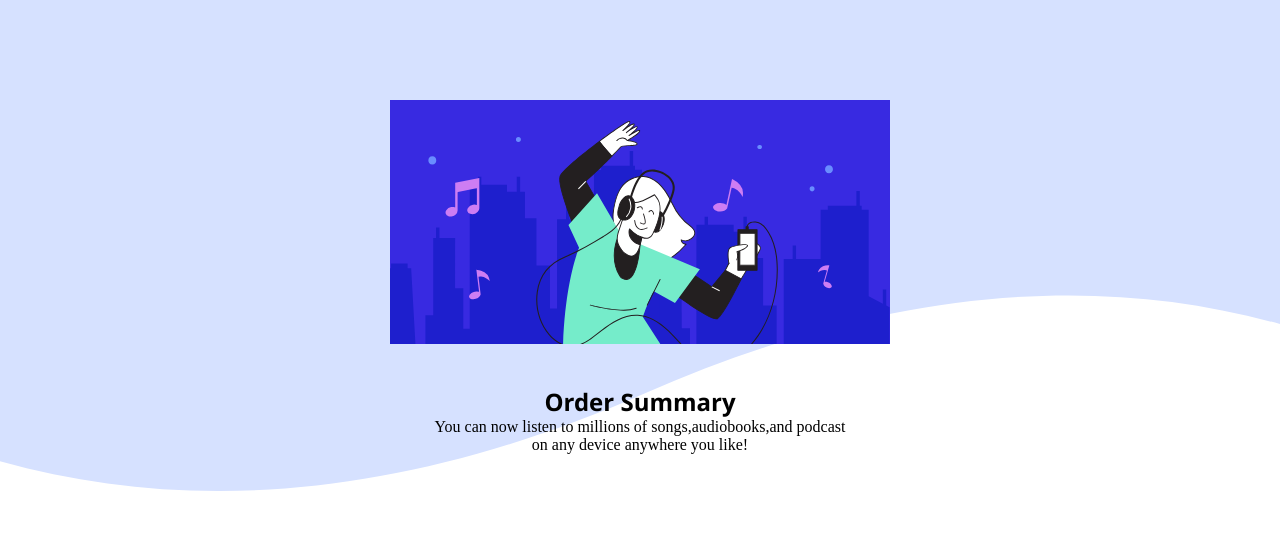
Repository: Eugene44-hub/newbie-project
Page: index.html
An editor plug-in stored every save of this project. The page is shown before and after the next save, followed by the edit.
The browser window is 1280 px wide. The pictures show the whole page.

Above is the page before, as saved 2021-08-29 02:30:43.

### index.html
<!DOCTYPE html>
<html lang="en">

<head>
    <link rel="stylesheet" href="style.css">
    <meta charset="UTF-8">
    <meta http-equiv="X-UA-Compatible" content="IE=edge">
    <meta name="viewport" content="width=device-width, initial-scale=1.0">
    <title>Document</title>
</head>

<body>
    <div class="container">

        <div class="card-container">
            <div class="card">
                <div class="content">
                    <img src="illustration-hero.svg" alt="">
                    <div class="text">
                        <h2>Order Summary</h2>
                        <p>You can now listen to millions of songs,audiobooks,and podcast on any device anywhere you like!</p>
                    </div>
                </div>

            </div>
        </div>

    </div>
</body>

</html>

### style.css
* {
    padding: 0;
    margin: 0;
}

.container {
    background-image: url('pattern-background-desktop.svg');
    background-repeat: no-repeat;
    background-position: center;
    background-size: cover;
}

.card-container {
    display: flex;
    justify-content: center;
    align-content: center;
    padding-top: 100px;
}

img {
    width: 100%;
}

.card {
    flex: 50%;
    max-width: 500px;
}

.content {
    text-align: center;
}

h2 {
    font-family: 'Segoe UI', Tahoma, Geneva, Verdana, sans-serif;
}

.text {
    padding: 37px;
}

After the next save:
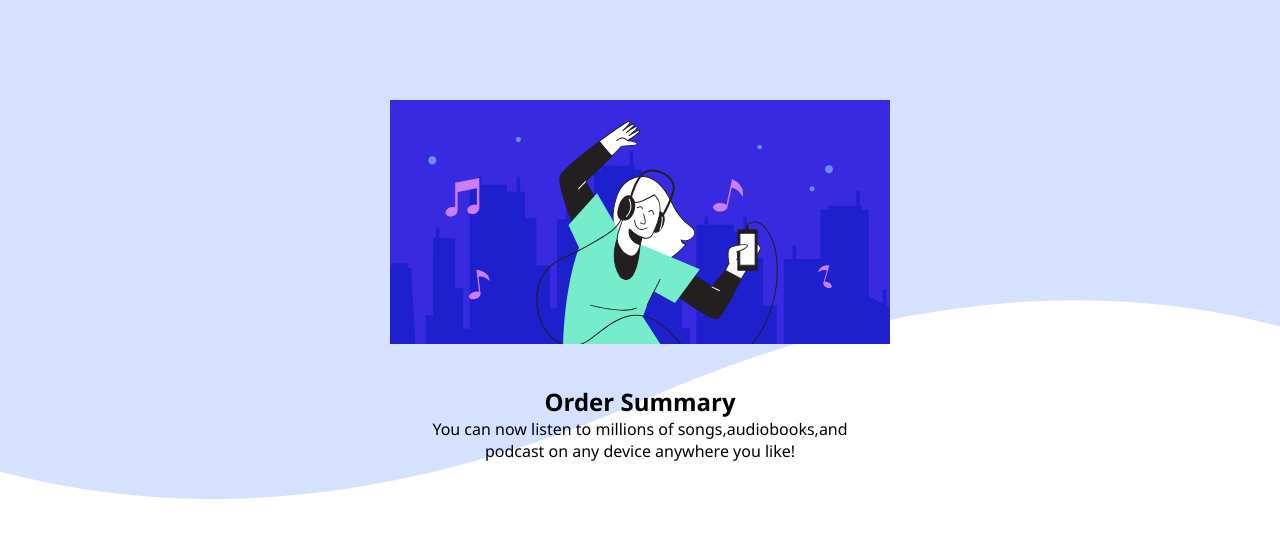
Saved 43 s later.
--- a/style.css
+++ b/style.css
@@ -30,7 +30,8 @@ img {
     text-align: center;
 }
 
-h2 {
+h2,
+p {
     font-family: 'Segoe UI', Tahoma, Geneva, Verdana, sans-serif;
 }
 
